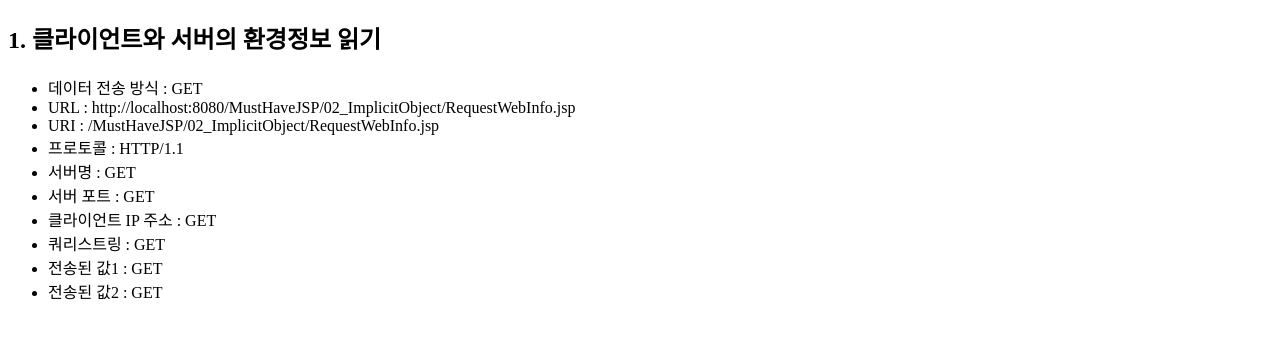
Repository: jungwoonAn/jsp_basic
Page: http://localhost/MustHaveJSP/02_ImplicitObject/RequestWebInfo.jsp
These files come from the project's save history. The page is drawn as it stood at one moment and after the next save; the edit follows.
The browser window is 1280 px wide. The pictures show the whole page.
The page is served by Tomcat 10. Other server files are loaded and not shown.

Above is the page before, as saved 2024-10-16 08:18:42.

### MustHaveJSP/src/main/webapp/02_ImplicitObject/RequestWebInfo.jsp
<%@ page language="java" contentType="text/html; charset=UTF-8"
    pageEncoding="UTF-8"%>
<!DOCTYPE html>
<html>
<head>
<meta charset="UTF-8">
<title>내장 객체 - request</title>
</head>
<body>
	<h2>1. 클라이언트와 서버의 환경정보 읽기</h2>
	<ul>
		<li>데이터 전송 방식 : <%= request.getMethod() %></li>
		<li>URL : <%= request.getRequestURL() %></li>
		<li>URI : <%= request.getRequestURI() %></li>
		<li>프로토콜 : <%= request.getProtocol() %></li>
		<li>서버명 : <%= request.getMethod() %></li>
		<li>서버 포트 : <%= request.getMethod() %></li>
		<li>클라이언트 IP 주소 : <%= request.getMethod() %></li>
		<li>쿼리스트링 : <%= request.getMethod() %></li>
		<li>전송된 값1 : <%= request.getMethod() %></li>
		<li>전송된 값2 : <%= request.getMethod() %></li>
	</ul>
</body>
</html>

After the next save:
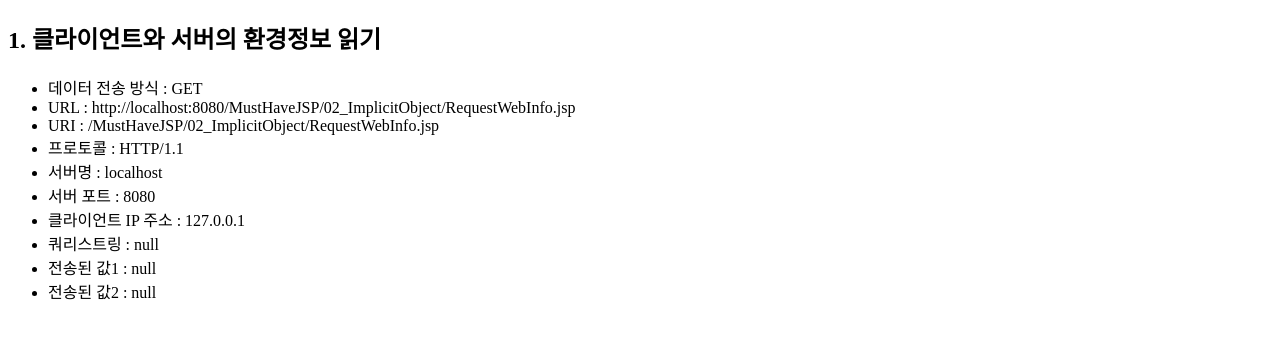
Saved 52 s later.
--- a/MustHaveJSP/src/main/webapp/02_ImplicitObject/RequestWebInfo.jsp
+++ b/MustHaveJSP/src/main/webapp/02_ImplicitObject/RequestWebInfo.jsp
@@ -13,12 +13,12 @@
 		<li>URL : <%= request.getRequestURL() %></li>
 		<li>URI : <%= request.getRequestURI() %></li>
 		<li>프로토콜 : <%= request.getProtocol() %></li>
-		<li>서버명 : <%= request.getMethod() %></li>
-		<li>서버 포트 : <%= request.getMethod() %></li>
-		<li>클라이언트 IP 주소 : <%= request.getMethod() %></li>
-		<li>쿼리스트링 : <%= request.getMethod() %></li>
-		<li>전송된 값1 : <%= request.getMethod() %></li>
-		<li>전송된 값2 : <%= request.getMethod() %></li>
+		<li>서버명 : <%= request.getServerName() %></li>
+		<li>서버 포트 : <%= request.getServerPort() %></li>
+		<li>클라이언트 IP 주소 : <%= request.getRemoteAddr() %></li>
+		<li>쿼리스트링 : <%= request.getQueryString() %></li>
+		<li>전송된 값1 : <%= request.getParameter("eng") %></li>
+		<li>전송된 값2 : <%= request.getParameter("kor") %></li>
 	</ul>
 </body>
 </html>
